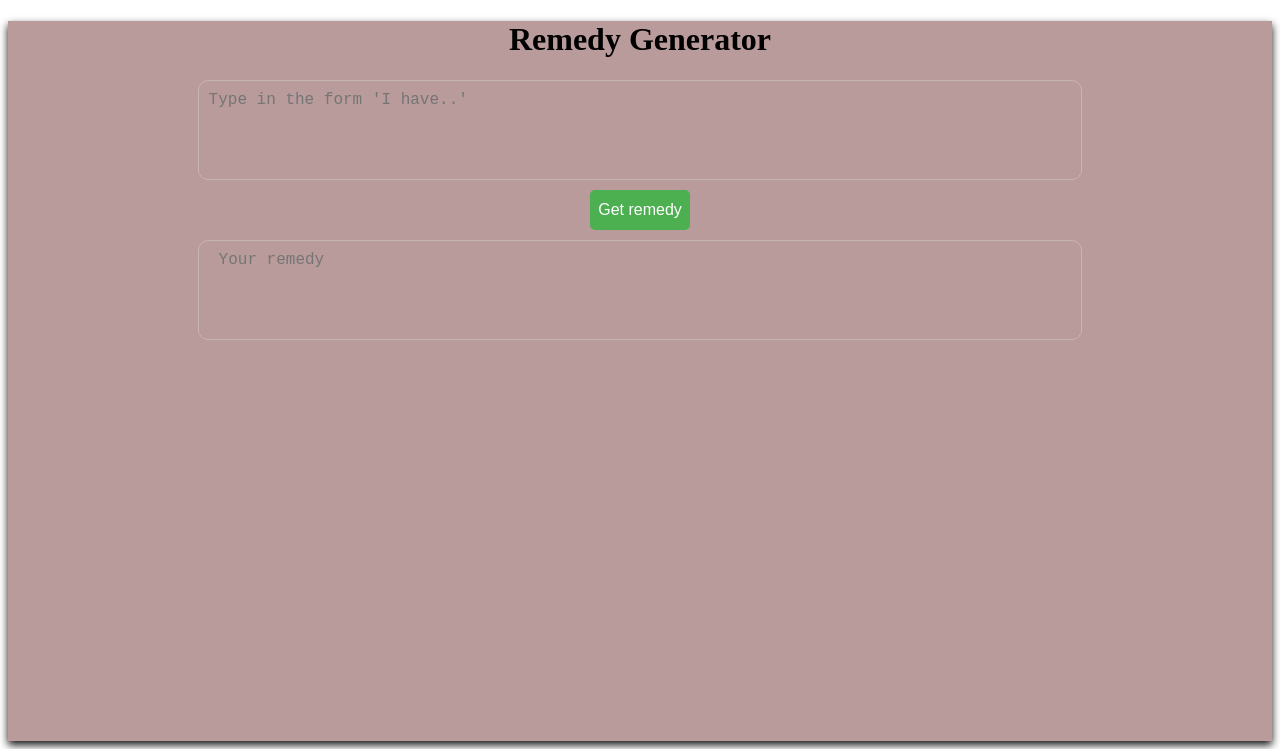
Repository: krutarthh/Ayurvedic-Remedy
Page: index.html
These files come from the project's save history. The page is drawn as it stood at one moment and after the next save; the edit follows.
The browser window is 1280 px wide. The pictures show the whole page.

Above is the page before, as saved 2024-04-06 17:48:35.

After the next save:
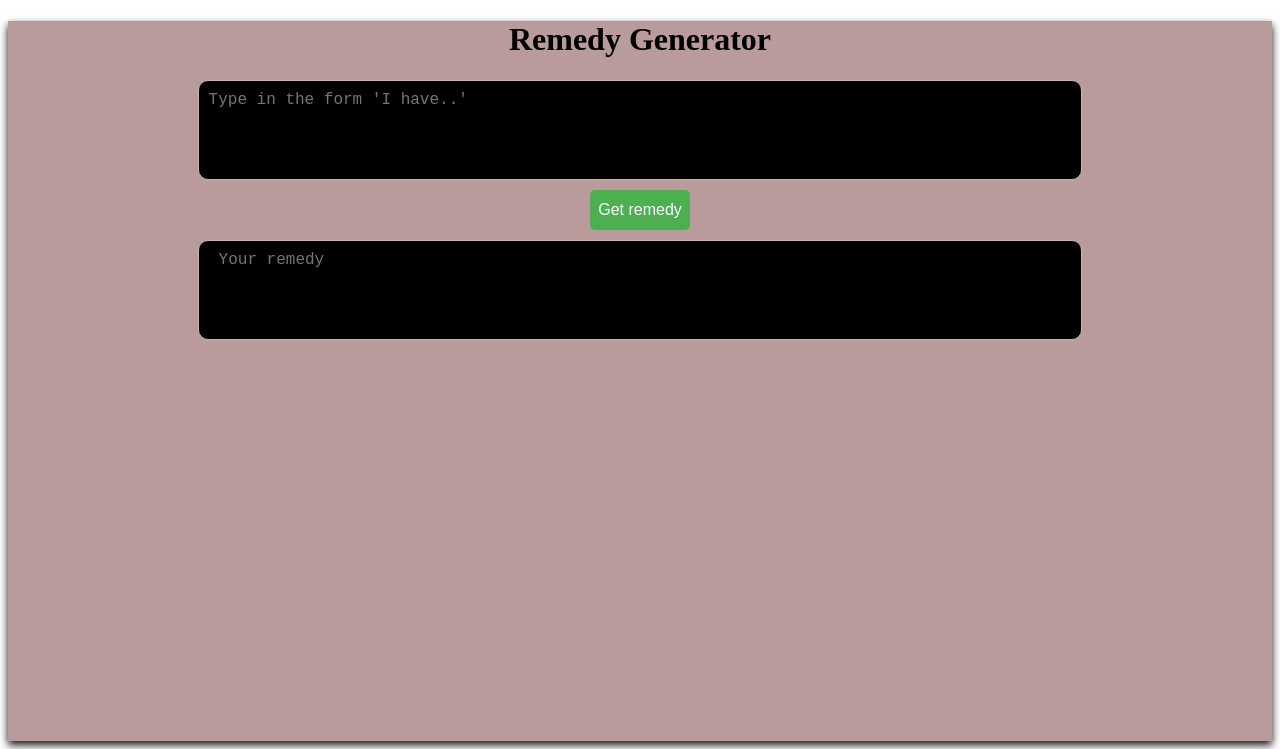
Saved 22 s later.
--- a/app.css
+++ b/app.css
@@ -16,7 +16,7 @@
     padding: 10px;
     font-size: 16px;
     border: 1px solid #c8b4b4;
-   background-color:  #ba9b9b;
+   background-color:  #000000;
     border-radius: 10px; /* Add border-radius property with a value of 10px */
     box-sizing: border-box;
     resize: none;
